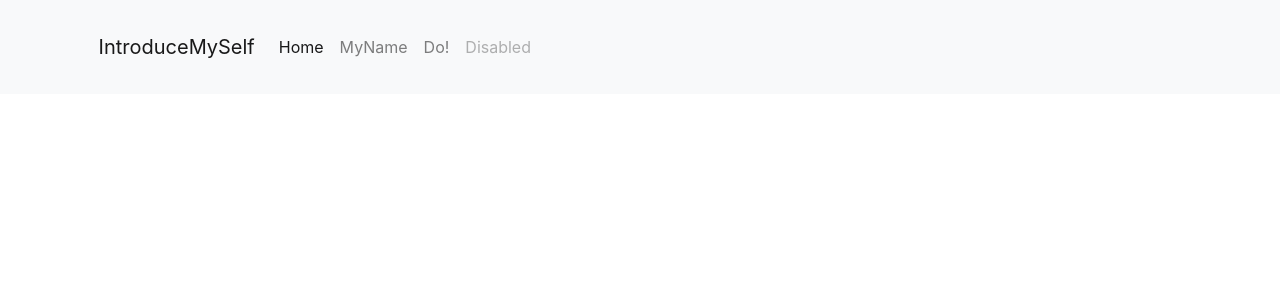
Repository: wlxo0401/IntroduveMySelf
Page: IntroduceMySelf/WebContent/Index.html
The author's editor kept a copy of each file at every save. The page is drawn from the files as they stood at one save, then again after the next save.
The browser window is 1280 px wide. The pictures show the whole page.

Above is the page before, as saved 2020-03-11 04:52:48.

### IntroduceMySelf/WebContent/Index.html
<!DOCTYPE html>
<html>
  <head>
    <!-- Required meta tags -->
    <meta charset="utf-8">
    <meta name="viewport" content="width=device-width, initial-scale=1, shrink-to-fit=no">

    <!-- Bootstrap CSS -->
    <link rel="stylesheet" href="https://stackpath.bootstrapcdn.com/bootstrap/4.4.1/css/bootstrap.min.css" integrity="sha384-Vkoo8x4CGsO3+Hhxv8T/Q5PaXtkKtu6ug5TOeNV6gBiFeWPGFN9MuhOf23Q9Ifjh" crossorigin="anonymous">

    <title>Hello, world!</title>
    <link rel = "stylesheet" href = "style.css">
  </head>
<body>

<div id = "wrap">
	<!-- header -->
	<div id = "header">
		<nav class="navbar navbar-expand-lg navbar-light bg-light nav-distance">
			<a class="navbar-brand" href="#">IntroduceMySelf</a>
		  	<button class="navbar-toggler" type="button" data-toggle="collapse" data-target="#navbarNav" aria-controls="navbarNav" aria-expanded="false" aria-label="Toggle navigation">
		    	<span class="navbar-toggler-icon"></span>
		  	</button>
		  	<div class="collapse navbar-collapse" id="navbarNav">
		    	<ul class="navbar-nav">
		      		<li class="nav-item active">
		        		<a class="nav-link" href="#">Home <span class="sr-only">(current)</span></a>
		      		</li>
		      		<li class="nav-item">
		        		<a class="nav-link" href="#">MyName</a>
		      		</li>
		      		<li class="nav-item">
		        		<a class="nav-link" href="#">Do!</a>
		      		</li>
		      		<li class="nav-item">
		        		<a class="nav-link disabled" href="#" tabindex="-1" aria-disabled="true">Disabled</a>
		      		</li>
		    	</ul>
			</div>
		</nav>
	</div>
	<!-- //header -->
	<!-- container -->
	<div id = "container">
	</div>
	<!-- //container -->
	<!-- footer -->
	<div id = "footer">
	</div>
	<!-- //footer -->
</div>
<!-- Optional JavaScript -->
<!-- jQuery first, then Popper.js, then Bootstrap JS -->
<script src="https://code.jquery.com/jquery-3.4.1.slim.min.js" integrity="sha384-J6qa4849blE2+poT4WnyKhv5vZF5SrPo0iEjwBvKU7imGFAV0wwj1yYfoRSJoZ+n" crossorigin="anonymous"></script>
<script src="https://cdn.jsdelivr.net/npm/popper.js@1.16.0/dist/umd/popper.min.js" integrity="sha384-Q6E9RHvbIyZFJoft+2mJbHaEWldlvI9IOYy5n3zV9zzTtmI3UksdQRVvoxMfooAo" crossorigin="anonymous"></script>
<script src="https://stackpath.bootstrapcdn.com/bootstrap/4.4.1/js/bootstrap.min.js" integrity="sha384-wfSDF2E50Y2D1uUdj0O3uMBJnjuUD4Ih7YwaYd1iqfktj0Uod8GCExl3Og8ifwB6" crossorigin="anonymous"></script>
</body>
</html>

### IntroduceMySelf/WebContent/style.css
.nav-distance{
	padding: 2.1% 7.7%
}

After the next save:
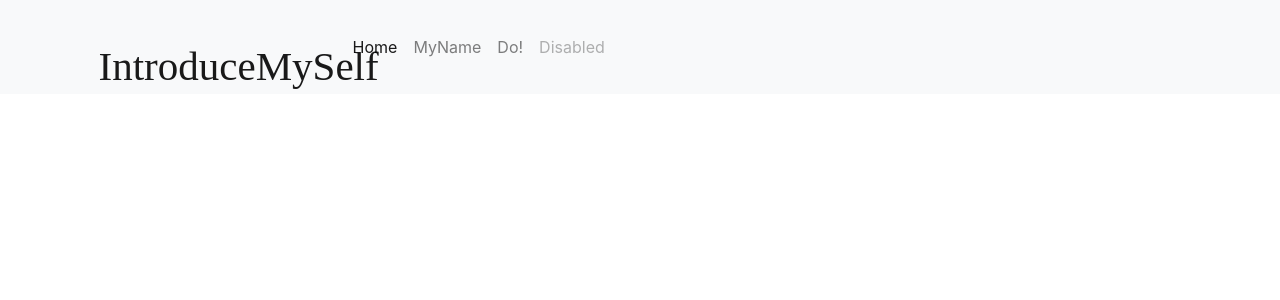
Saved 2 min 52 s later.
--- a/IntroduceMySelf/WebContent/style.css
+++ b/IntroduceMySelf/WebContent/style.css
@@ -1,3 +1,13 @@
 .nav-distance{
 	padding: 2.1% 7.7%
 }
+
+.navbar-brand{
+	width: 230px;
+	height: 40px;
+	font-family: NanumSquareR;
+	font-size: 41px;
+	line-height: 1.68;
+	text-align: left;
+	color: #35465d;
+}
